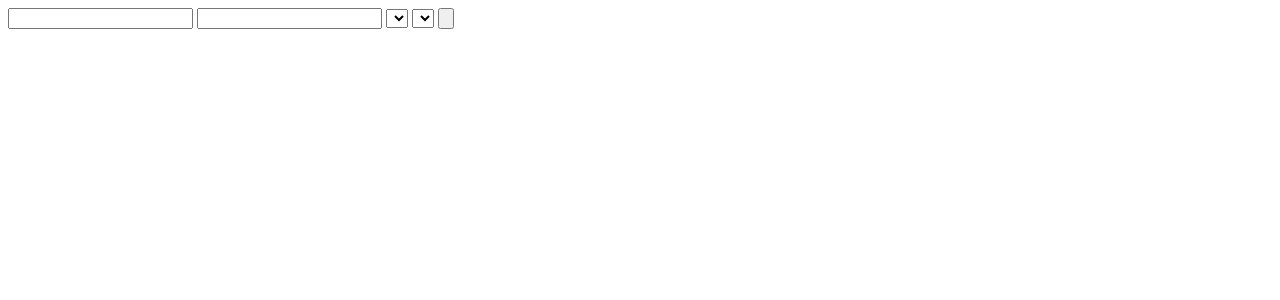
Repository: localghost/budget
Page: src/bills/templates/bills/index.html
These files come from the project's save history. The page is drawn as it stood at one moment and after the next save; the edit follows.
The browser window is 1280 px wide. The pictures show the whole page.

Above is the page before, as saved 2016-01-01 20:46:41.

### src/bills/templates/bills/index.html
<form name="bill" id="bill" method="post">
    <input type="text" name="amount">
    <input type="datetime" name="spent">
    <select name="payment_method"></select>
    <select name="category"></select>
    <input type="button" text="Add">
</form>

After the next save:
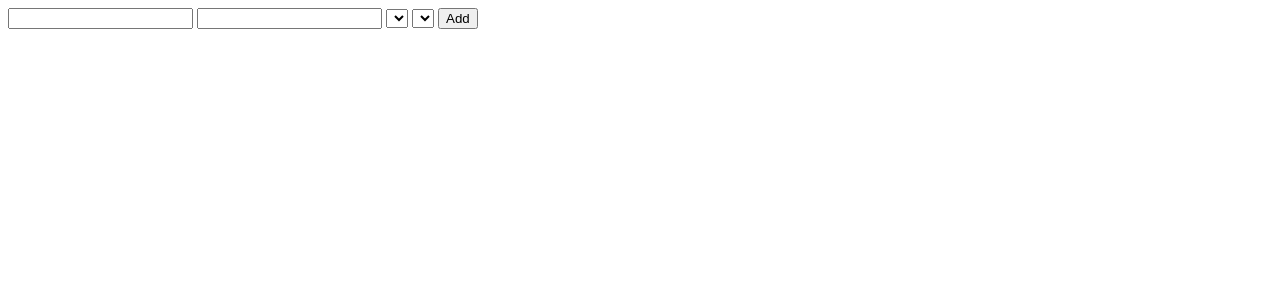
Saved 22 s later.
--- a/src/bills/templates/bills/index.html
+++ b/src/bills/templates/bills/index.html
@@ -3,5 +3,5 @@
     <input type="datetime" name="spent">
     <select name="payment_method"></select>
     <select name="category"></select>
-    <input type="button" text="Add">
+    <input type="button" value="Add">
 </form>
